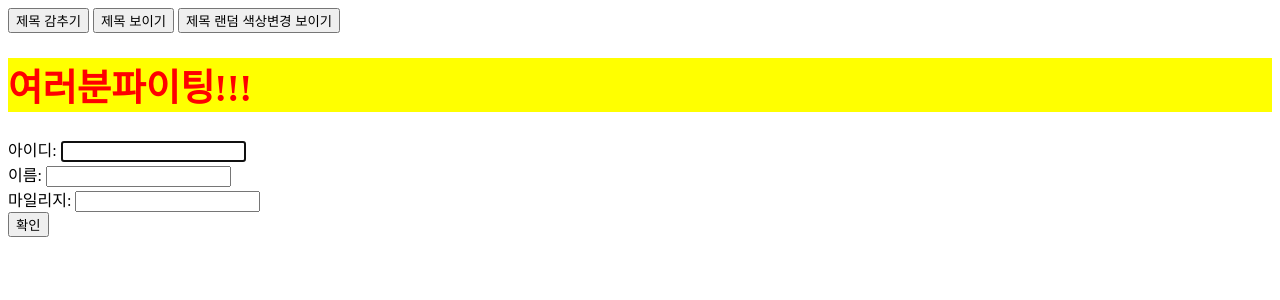
Repository: jelly02/workspace_web
Page: workspace_webui_LECTURE/07.js_array_dom/src/main/webapp/index_dom_basic.html
An editor plug-in stored every save of this project. The page is shown before and after the next save, followed by the edit.
The browser window is 1280 px wide. The pictures show the whole page.

Above is the page before, as saved 2021-06-30 08:26:26.

### workspace_webui_LECTURE/07.js_array_dom/src/main/webapp/index_dom_basic.html
<!DOCTYPE html PUBLIC "-//W3C//DTD HTML 4.01 Transitional//EN" "http://www.w3.org/TR/html4/loose.dtd">
<html>
<head>
<meta http-equiv="Content-Type" content="text/html; charset=UTF-8">
<title>DOM API basic</title>
<script type="text/javascript">
	/* 윈도우 로드 이벤트 처리 함수 */
	window.onload = function() {
		var takeElement = document.getElementById("title_1");
		console.log(typeof(takeElement));

		// html 내용조회
		var html = takeElement.innerHTML;
		console.log("html >> ", html);

		// html 동적 변경
		takeElement.innerHTML = "<h1 id='title_1' style='color:red;background-color:yellow;'>여러분파이팅!!!</h1>"

		// 아이디 입력항목 객체 가져오기
		var memberIdElement = document.sampleForm.memberId;

		// 아이디 객체 포커스 위치시키기 : html5 속성 : autofocus="autofocus"
		memberIdElement.focus();
	}

	function titleHidden() {
		//alert('제목 감추기')
		// 제목 엘리먼트 객체 가져오기
		var takeTitleElement = document.getElementById("title_1");
		//takeTitleElement.style.visibility = "hidden";
		takeTitleElement.style.display = "none";
	}

	function titleVisible() {
		//alert('제목 보이기')
		var takeTitleElement = document.getElementById("title_1");
		//takeTitleElement.style.visibility = "visible";
		takeTitleElement.style.display = "block";
	}

	function titleVisibleRandomColor() {
		//alert('제목 랜덤 색상변경 보이기')
		var colors = ["red", "blue", "yellow", "green", "pink", "orange", "cyan", "black", "magenta", "gray", "white"];
		var randomIndex = Math.round(Math.random() * colors.length);
		console.log("randomIndex:", randomIndex);

		document.querySelector("#title_1").style.padding = "15px";
		document.querySelector("#title_1").style.textAlign = "center";
		document.querySelector("#title_1").style.width = "60%";
		document.querySelector("#title_1").style.visibility = "visible";
		document.querySelector("#title_1").style.color = colors[randomIndex];
		document.querySelector("#title_1").style.backgroundColor = colors[randomIndex == colors.length-1? randomIndex-1:randomIndex+1];
	}

</script>
</head>
<body>

<button onclick="titleHidden()">제목 감추기</button>
<button onclick="titleVisible()">제목 보이기</button>
<button onclick="titleVisibleRandomColor()">제목 랜덤 색상변경 보이기</button>

<h3 id="title_1">DOM API basic</h3>
<form action="#" method="get" name="sampleForm" id="sampleForm">
	<div>아이디: <input type="text" name="memberId"></div>
	<div>이름: <input type="text" name="name"></div>
	<div>마일리지: <input type="text" name="mileage"></div>
	<div><input type="submit" value="확인" onclick="alert(this.value)"></div>
</form>
</body>
</html>

After the next save:
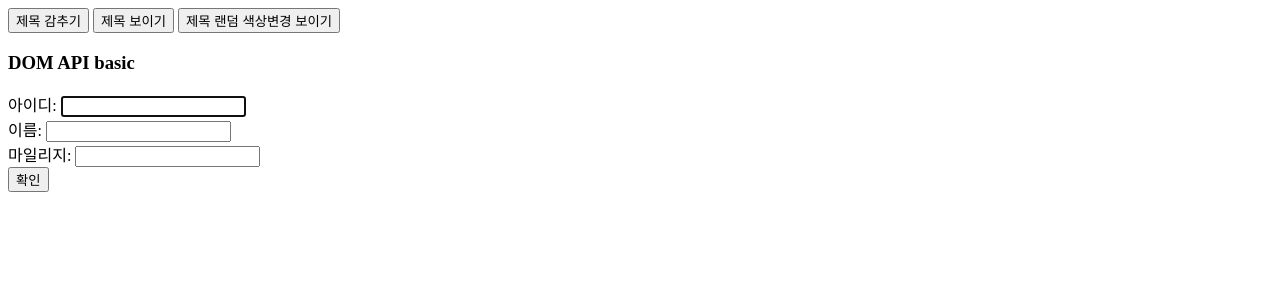
Saved 25 s later.
--- a/workspace_webui_LECTURE/07.js_array_dom/src/main/webapp/index_dom_basic.html
+++ b/workspace_webui_LECTURE/07.js_array_dom/src/main/webapp/index_dom_basic.html
@@ -14,7 +14,7 @@
 		console.log("html >> ", html);
 
 		// html 동적 변경
-		takeElement.innerHTML = "<h1 id='title_1' style='color:red;background-color:yellow;'>여러분파이팅!!!</h1>"
+		//takeElement.innerHTML = "<h1 style='color:red;background-color:yellow;'>여러분파이팅!!!</h1>"
 
 		// 아이디 입력항목 객체 가져오기
 		var memberIdElement = document.sampleForm.memberId;
